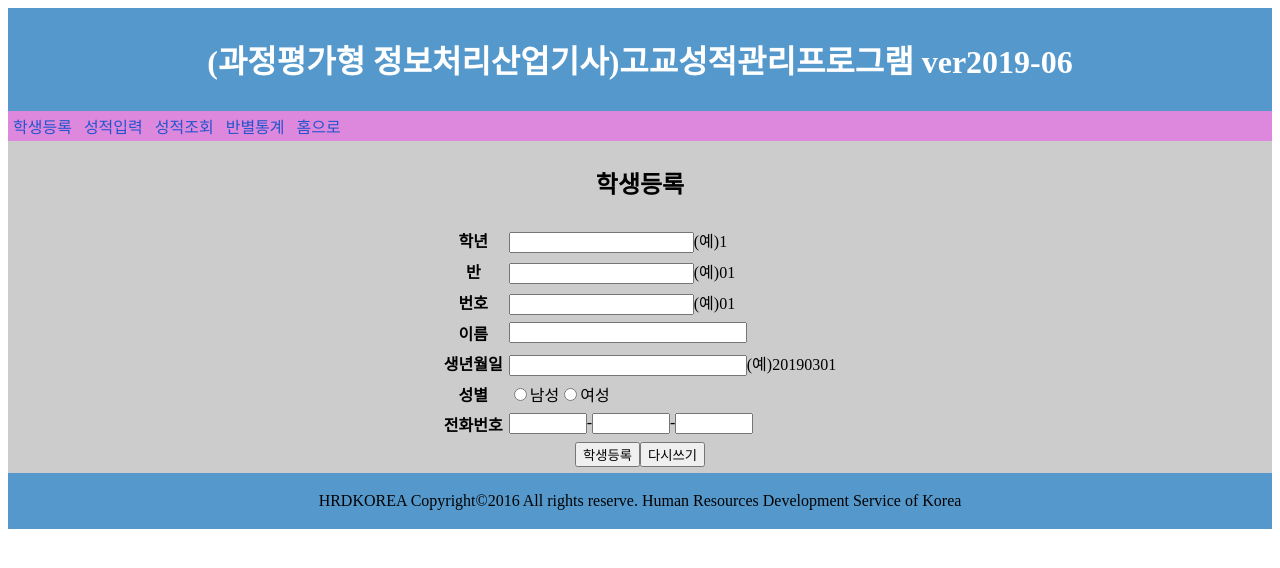
Repository: bolbbal/jdbc
Page: http://localhost/cbq_99/sub2.jsp
An editor plug-in stored every save of this project. The page is shown before and after the next save, followed by the edit.
The browser window is 1280 px wide. The pictures show the whole page.
The page is served by Tomcat 9. Other server files are loaded and not shown.

Above is the page before, as saved 2024-08-26 06:38:11.

### javastudy18/jspStudy/cbq_99/cbq_99/WebContent/sub2.jsp
<%@ page language="java" contentType="text/html; charset=UTF-8"
	pageEncoding="UTF-8"%>
<%@ page import="Model.*"%>
<%@ page import="java.sql.*"%>
<%@ page import="java.util.*"%>
<%@ page import="java.text.*"%>
<!DOCTYPE html>
<html>
<head>
<meta charset="UTF-8">
<title>고교성적관리</title>
<style>
header {
	background: #59c;
	padding: 1px;
}

h1 {
	color: #fff;
	text-align: center;
	padding: 6px
}

nav {
	background: #D8D;
	padding: 1px
}

a {
	text-decoration: none;
	color: #25C;
	display: inline-block;
	padding: 2px 4px;
}

section {
	padding: 1px;
	background: #CCC;
}

h2 {
	text-align: center;
	padding: 3px;
}

footer {
	background: #59c;
	padding: 1px;
}

footer p {
	text-align: center;
	padding: 2px;
}

table, th, td {
	border: 1px solid #ccc;
}

table {
	margin: 0 auto;
}
</style>
<script type="text/javascript">
	function check() {
		if (my.syear.value == "") {
			alert("학년정보가 입력되지 않았습니다!");
			my.syear.focus();
			return false;
		}
		if (my.sclass.value == "") {
			alert("반정보가 입력되지 않았습니다!");
			my.sclass.focus();
			return false;
		}
		if (my.sno.value == "") {
			alert("번호정보가 입력되지 않았습니다!");
			my.sno.focus();
			return false;
		}
		if (my.sname.value == "") {
			alert("이름이 입력되지 않았습니다!");
			my.sname.focus();
			return false;
		}
		if (my.birth.value == "") {
			alert("생년월일이 입력되지 않았습니다!");
			my.birth.focus();
			return false;
		}
		if (my.gender.checked=="" && my.gender.checked=="") {
			alert("성별을 선택하세요!");
			my.gender[0].focus();
			return false;
		}
		/*
		var genders = document.getElementsByName("gender");
		if(!genders[0].checked && !genders[1].checked) {
			alert("성별선택");
			genders[0].focus();
			return false;
		}
		*/
		if (my.tel1.value == "") {
			alert("전화번호가 입력되지 않았습니다!");
			my.tel1.focus();
			return false;
		}
		if (my.tel2.value == "") {
			alert("전화번호가 입력되지 않았습니다!");
			my.tel2.focus();
			return false;
		}
		if (my.tel3.value == "") {
			alert("전화번호가 입력되지 않았습니다!");
			my.tel3.focus();
			return false;
		}
		return true;

	}
</script>
</head>
<body>
	<header>
		<h1>(과정평가형 정보처리산업기사)고교성적관리프로그램 ver2019-06</h1>
	</header>
	<nav>
		<a href="sub1.jsp">학생등록</a> <a href="sub2.jsp">성적입력</a> <a
			href="sub3.jsp">성적조회</a> <a href="sub4.jsp">반별통계</a> <a
			href="index.jsp">홈으로</a>
	</nav>
	<section>
		<h2>학생등록</h2>
		<form name="my" method="post" action="sub1pro.jsp"
			onsubmit="return check()">
			<table>
				<tr>
					<th style="border: 1px">학년</th>
					<td><input type="text" name="syear">(예)1</td>
				</tr>
				<tr>
					<th>반</th>
					<td><input type="text" name="sclass">(예)01</td>
				</tr>
				<tr>
					<th>번호</th>
					<td><input type="text" name="sno">(예)01</td>
				</tr>
				<tr>
					<th>이름</th>
					<td><input type="text" name="sname" style="width: 230px"></td>
				</tr>
				<tr>
					<th>생년월일</th>
					<td><input type="text" name="birth" style="width: 230px">(예)20190301</td>
				</tr>
				<tr>
					<th>성별</th>
					<td><input type="radio" name="gender" value="M">남성<input
						type="radio" name="gender" value="F">여성</td>
				</tr>
				<tr>
					<th>전화번호</th>
					<td><input type="text" name="tel1" style="width: 70px">-<input
						type="text" name="tel2" style="width: 70px">-<input
						type="text" name="tel3" style="width: 70px"></td>
				</tr>
				<tr>
					<td colspan="2" style="text-align: center;"><input
						type="submit" value="학생등록"><input type="reset"
						value="다시쓰기"></td>
				</tr>
			</table>
		</form>
	</section>
	<footer>
		<p>HRDKOREA Copyright&copy;2016 All rights reserve. Human
			Resources Development Service of Korea</p>
	</footer>
</body>
</html>

After the next save:
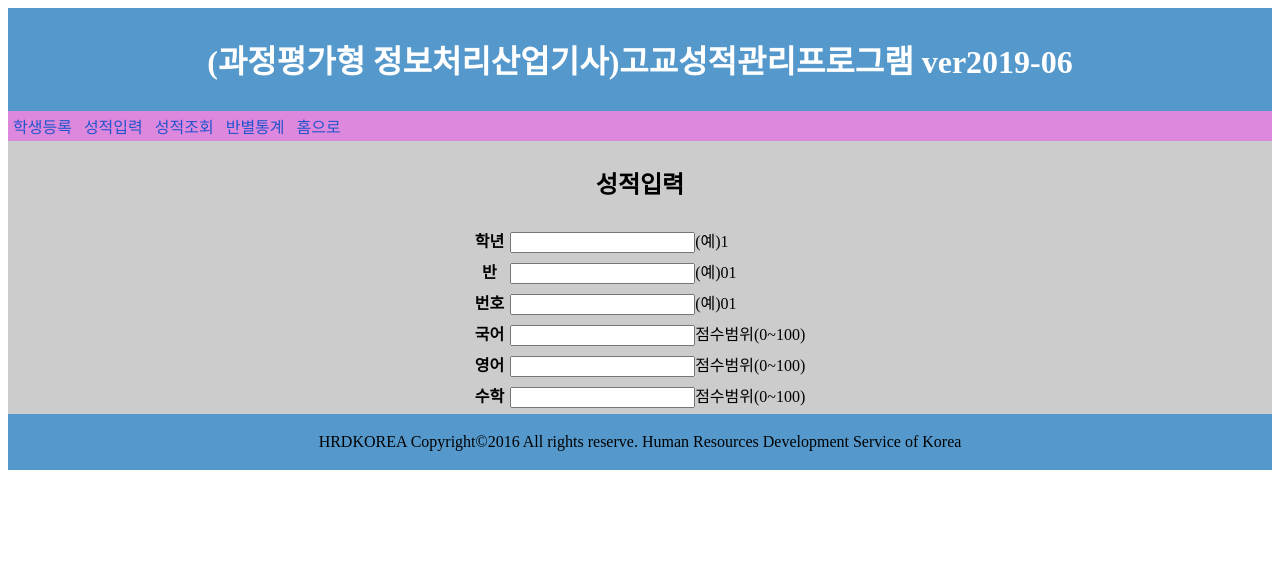
Saved 2 min 33 s later.
--- a/javastudy18/jspStudy/cbq_99/cbq_99/WebContent/sub2.jsp
+++ b/javastudy18/jspStudy/cbq_99/cbq_99/WebContent/sub2.jsp
@@ -78,42 +78,19 @@
 			my.sno.focus();
 			return false;
 		}
-		if (my.sname.value == "") {
-			alert("이름이 입력되지 않았습니다!");
-			my.sname.focus();
+		if (my.kor.value == "") {
+			alert("국어성적이 입력되지 않았습니다!");
+			my.kor.focus();
 			return false;
 		}
-		if (my.birth.value == "") {
-			alert("생년월일이 입력되지 않았습니다!");
-			my.birth.focus();
+		if (my.eng.value == "") {
+			alert("영어성적이 입력되지 않았습니다!");
+			my.eng.focus();
 			return false;
 		}
-		if (my.gender.checked=="" && my.gender.checked=="") {
-			alert("성별을 선택하세요!");
-			my.gender[0].focus();
-			return false;
-		}
-		/*
-		var genders = document.getElementsByName("gender");
-		if(!genders[0].checked && !genders[1].checked) {
-			alert("성별선택");
-			genders[0].focus();
-			return false;
-		}
-		*/
-		if (my.tel1.value == "") {
-			alert("전화번호가 입력되지 않았습니다!");
-			my.tel1.focus();
-			return false;
-		}
-		if (my.tel2.value == "") {
-			alert("전화번호가 입력되지 않았습니다!");
-			my.tel2.focus();
-			return false;
-		}
-		if (my.tel3.value == "") {
-			alert("전화번호가 입력되지 않았습니다!");
-			my.tel3.focus();
+		if (my.mat.value == "") {
+			alert("수학성적이 입력되지 않았습니다!");
+			my.mat.focus();
 			return false;
 		}
 		return true;
@@ -131,12 +108,12 @@
 			href="index.jsp">홈으로</a>
 	</nav>
 	<section>
-		<h2>학생등록</h2>
-		<form name="my" method="post" action="sub1pro.jsp"
+		<h2>성적입력</h2>
+		<form name="my" method="post" action="sub2pro.jsp"
 			onsubmit="return check()">
 			<table>
 				<tr>
-					<th style="border: 1px">학년</th>
+					<th>학년</th>
 					<td><input type="text" name="syear">(예)1</td>
 				</tr>
 				<tr>
@@ -148,28 +125,16 @@
 					<td><input type="text" name="sno">(예)01</td>
 				</tr>
 				<tr>
-					<th>이름</th>
-					<td><input type="text" name="sname" style="width: 230px"></td>
+					<th>국어</th>
+					<td><input type="text" name="kor">점수범위(0~100)</td>
 				</tr>
 				<tr>
-					<th>생년월일</th>
-					<td><input type="text" name="birth" style="width: 230px">(예)20190301</td>
+					<th>영어</th>
+					<td><input type="text" name="eng">점수범위(0~100)</td>
 				</tr>
 				<tr>
-					<th>성별</th>
-					<td><input type="radio" name="gender" value="M">남성<input
-						type="radio" name="gender" value="F">여성</td>
-				</tr>
-				<tr>
-					<th>전화번호</th>
-					<td><input type="text" name="tel1" style="width: 70px">-<input
-						type="text" name="tel2" style="width: 70px">-<input
-						type="text" name="tel3" style="width: 70px"></td>
-				</tr>
-				<tr>
-					<td colspan="2" style="text-align: center;"><input
-						type="submit" value="학생등록"><input type="reset"
-						value="다시쓰기"></td>
+					<th>수학</th>
+					<td><input type="text" name="eng">점수범위(0~100)</td>
 				</tr>
 			</table>
 		</form>
